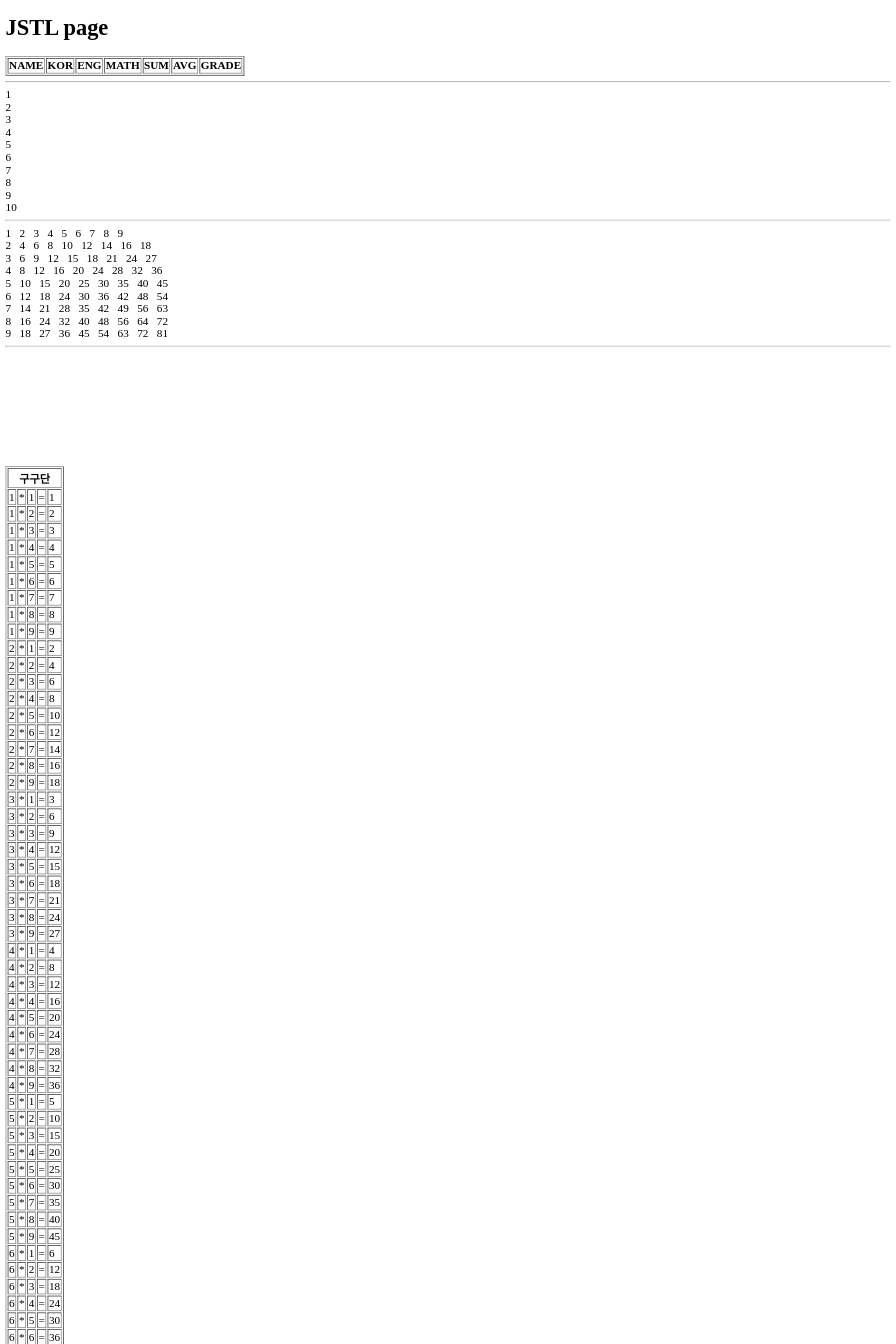
Repository: leedh909/Academy-web-
Page: http://localhost/Jsp07_EL_JSTL/jstlpage.jsp
An editor plug-in stored every save of this project. The page is shown before and after the next save, followed by the edit.
The browser window is 1280 px wide. The pictures show the part of the page from y = 0 to 1920 px (the page is 2652 px tall before and 2274 px after), at 70% of full size.
The page is served by Tomcat 9. Other server files are loaded and not shown. The template is opened directly, without the code that normally fills it, so the values that code supplies are empty.

Above is the page before, as saved 2020-07-06 04:06:50.

### 실습자료/eclipse-servlet/Jsp07_EL_JSTL/WebContent/jstlpage.jsp
<%@ page language="java" contentType="text/html; charset=UTF-8"
    pageEncoding="UTF-8"%>
<% request.setCharacterEncoding("UTF-8"); %>
<% response.setContentType("text/html; charset=UTF-8"); %>

<%@ taglib prefix="c" uri="http://java.sun.com/jsp/jstl/core" %>

<!--
	core
	fmt, fn, sql
 -->
<!-- prefix = 접두사 -->

<!DOCTYPE html>
<html>
<head>
<meta charset="UTF-8">
<title>Insert title here</title>
</head>
<body>
	<h1>JSTL page</h1>
	<table border="1">
		<tr>
			<th>NAME</th>
			<th>KOR</th>
			<th>ENG</th>
			<th>MATH</th>
			<th>SUM</th>
			<th>AVG</th>
			<th>GRADE</th>
		</tr>
		<c:forEach var="score" items="${list}">
			<tr>
				<td> <!-- if와 choose 가 따로 작동된다. -->
					<c:if test="${score.name eq '이름1'}">
						<c:out value="홍길동"></c:out>
					</c:if>
					<c:choose>
						<c:when test="${score.name eq '이름2' }">
							<c:out value="${score.name}님!"></c:out>
						</c:when>

						<c:when test="${score.name eq '이름3' }">
							<c:out value="${score.name}님@@"></c:out>
						</c:when>
						<c:otherwise>
							<c:out value="누구지..?"></c:out>
						</c:otherwise>
					</c:choose>
				</td>
				<td>${score.kor}</td>
				<td>${score.eng}</td>
				<td>${score.math}</td>
				<td>${score.sum}</td>
				<td>
					<c:choose>
						<c:when test="${score.avg eq 83 || score.avg == 84}">
							<c:out value="${score.avg }**"></c:out>
						</c:when>
						<c:otherwise>
							<c:out value="${score.avg}"></c:out>
						</c:otherwise>
					</c:choose>
				</td>
				<td>${score.grade}</td>
			</tr>
		</c:forEach>
		<!--
			평균을 화면에 출력. 평균이 83 or 84 이면 '점수값**'으로 출력
			나머지 경우는 그냥 '점수값'으로 출력
		-->


	</table>
	<hr>

	<!-- i를 1부터 10까지 1씩 증가 -->
	<c:forEach var="i" begin="1" end="10" step="1">
		${i }<br>
	</c:forEach>
	<hr>
	<!-- 구구단 출력 -->
	<c:forEach var="i" begin="1" end="9" step="1">
		<c:forEach var="j" begin="1" end="9" step="1">
			${i * j} &nbsp;
		</c:forEach>
		<br>
	</c:forEach>

	<hr>
<%-- 	<!-- 구구단 출력 -->
	<c:forEach var="i" begin="1" end="9" step="1">
		${i} 단 <br>
		<c:forEach var="j" begin="1" end="9" step="1">
			${i} * ${j} = ${i * j} <br>
		</c:forEach>
		<br>
	</c:forEach>
	<hr> --%>
	<!-- 구구단 출력 -->
	<table border="1">
		<tr>
			<th colspan="5"> 구구단 </th>
		</tr>
		<c:forEach var="i" begin="1" end="9" step="1">
			<c:forEach var="j" begin="1" end="9" step="1">
				<tr>
					<td>${i}</td>
					<td>*</td>
					<td>${j}</td>
					<td>=</td>
					<td>${i*j}</td>
				</tr>
			</c:forEach>
			<br>
		</c:forEach>
	</table>


</body>
</html>

After the next save:
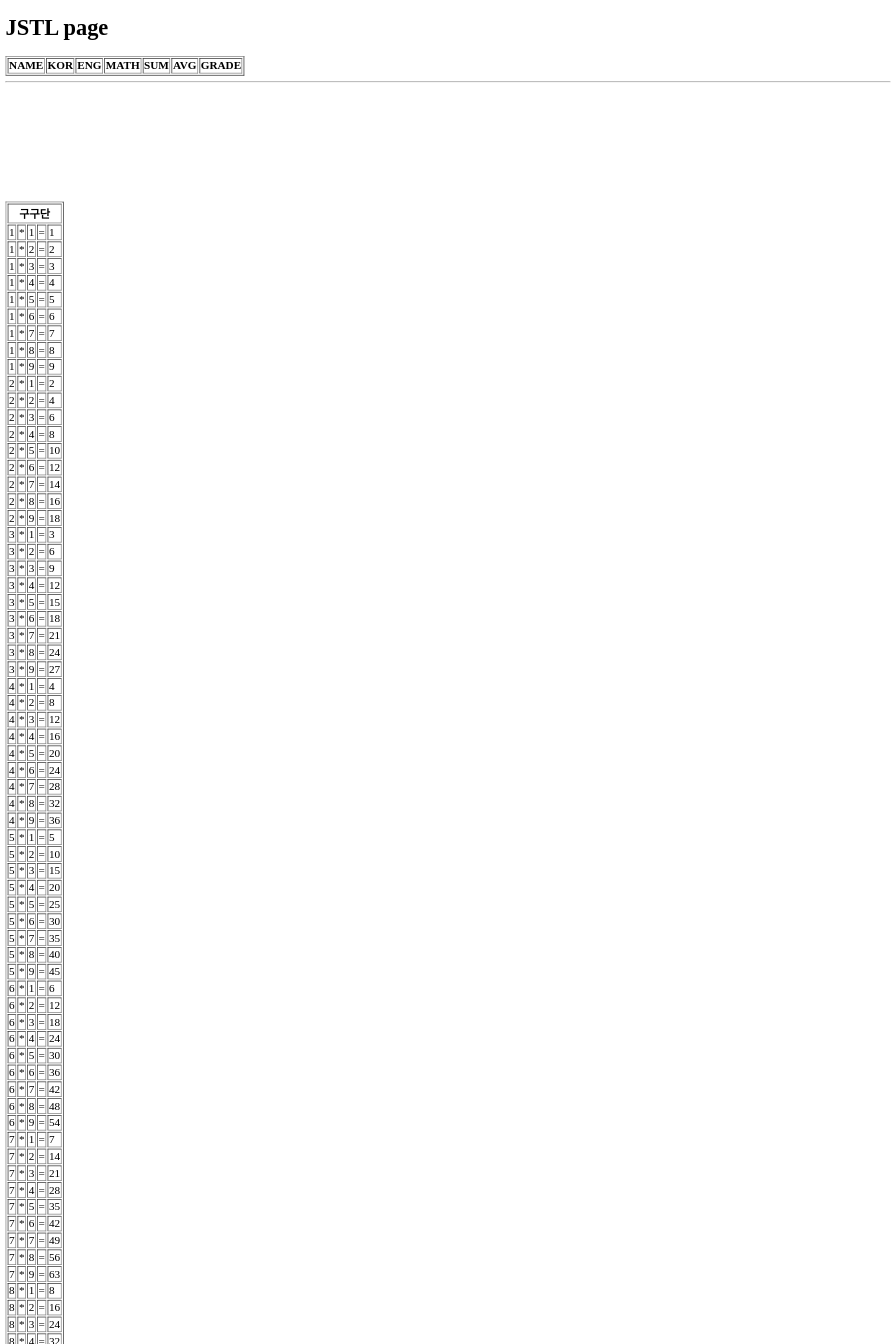
Saved 27 s later.
--- a/실습자료/eclipse-servlet/Jsp07_EL_JSTL/WebContent/jstlpage.jsp
+++ b/실습자료/eclipse-servlet/Jsp07_EL_JSTL/WebContent/jstlpage.jsp
@@ -74,12 +74,13 @@
 	</table>
 	<hr>
 
-	<!-- i를 1부터 10까지 1씩 증가 -->
+<%-- 	<!-- i를 1부터 10까지 1씩 증가 -->
 	<c:forEach var="i" begin="1" end="10" step="1">
 		${i }<br>
 	</c:forEach>
-	<hr>
-	<!-- 구구단 출력 -->
+	<hr> --%>
+
+<%-- 	<!-- 구구단 출력 -->
 	<c:forEach var="i" begin="1" end="9" step="1">
 		<c:forEach var="j" begin="1" end="9" step="1">
 			${i * j} &nbsp;
@@ -87,7 +88,8 @@
 		<br>
 	</c:forEach>
 
-	<hr>
+	<hr> --%>
+
 <%-- 	<!-- 구구단 출력 -->
 	<c:forEach var="i" begin="1" end="9" step="1">
 		${i} 단 <br>
